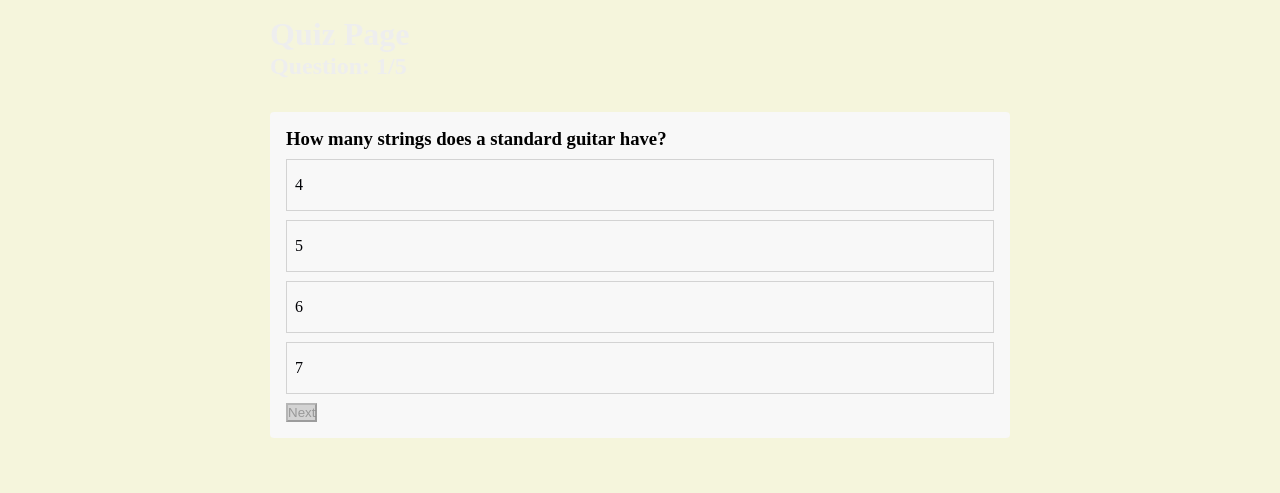
Repository: 1medi/pocketprof
Page: /quiz/page
The author's editor kept a copy of each file at every save. The page is drawn from the files as they stood at one save, then again after the next save.
The browser window is 1280 px wide. The pictures show the whole page.
The project was rebuilt for these pictures with package versions that can differ from the ones it lists, and the page was loaded fresh each time. The framework's server and built-in components were replaced by stand-ins that run in the browser. Also part of the build but not shown: next.config.mjs.

Above is the page before, as saved 2024-04-06 23:50:30.

After the next save:
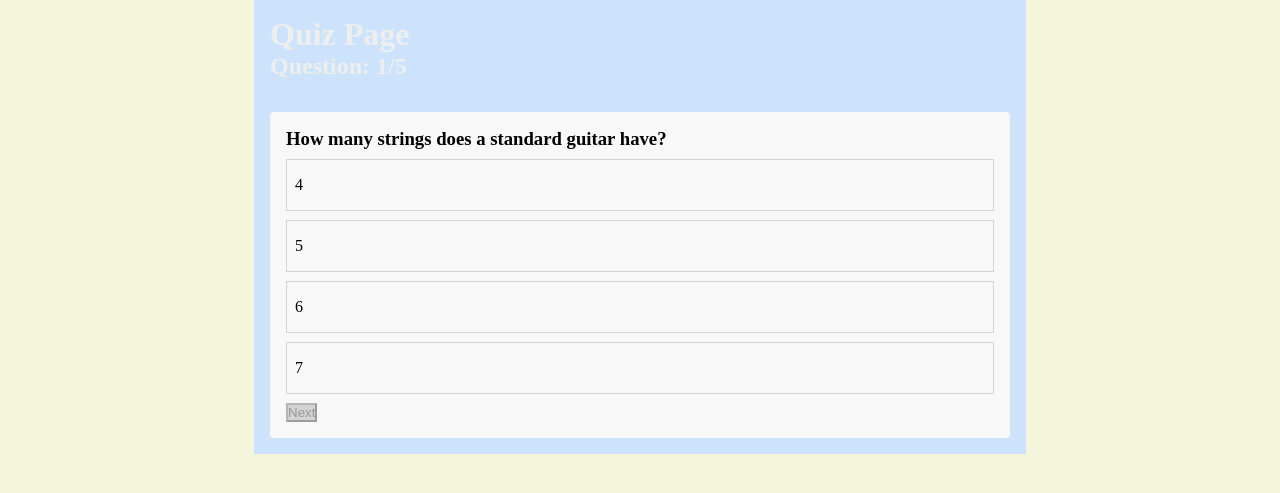
Saved 13 s later.
--- a/styles/globals.css
+++ b/styles/globals.css
@@ -1,6 +1,12 @@
 :root {
 background-color: beige;
 align-content: center;
+--main-color-purple: #8E71D5;
+--main-color-lightpurple: #CCBFED;
+--secondary-color-blue: #9AB7F9;
+--secondary-color-lightblue: #CCE3FB;
+
+
 }
 
 
